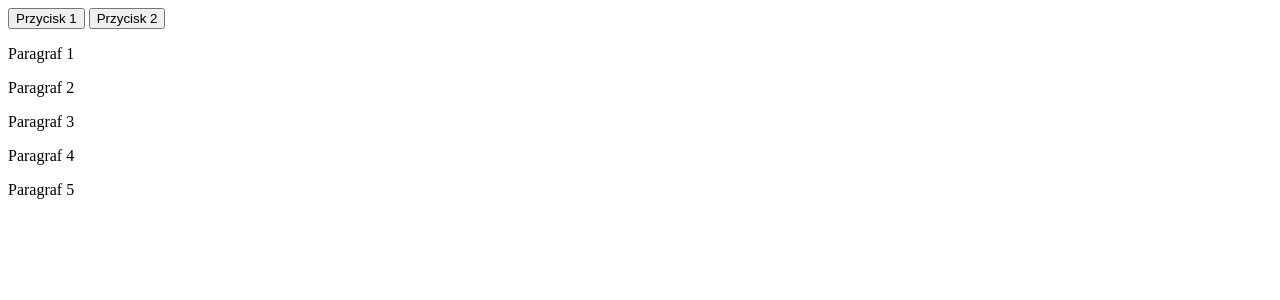
Repository: magdaf41/jQuery
Page: zadanie 2/index.html
An editor plug-in stored every save of this project. The page is shown before and after the next save, followed by the edit.
The browser window is 1280 px wide. The pictures show the whole page.
Some web libraries are served in a nearby version.

Above is the page before, as saved 2020-09-10 22:05:54.

After the next save:
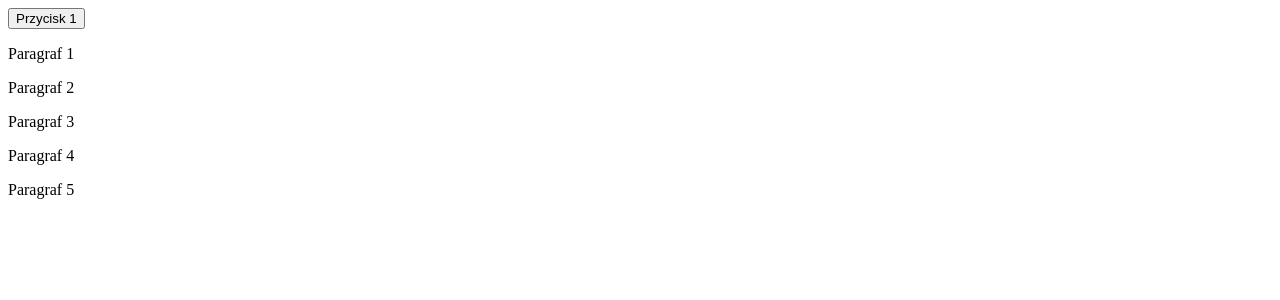
Console error: SyntaxError: missing ) after argument list
Saved 41 s later.
--- a/zadanie 2/js/main.js
+++ b/zadanie 2/js/main.js
@@ -1,6 +1,7 @@
 $(document).ready(function () {
 
-  $('#button1').click(function () {
+
+  $('#button1').each ( click(function () {
     $('.fifth').insertBefore('.first');
 
   });

After the 2 saves that followed:
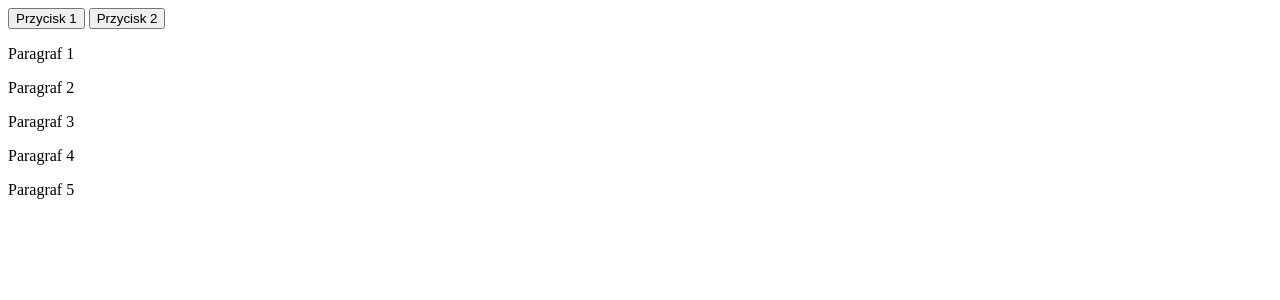
The error is gone.
The 2 saves are shown as one change because 1 left the picture as it was.
The last was saved 23 s later.
--- a/zadanie 2/js/main.js
+++ b/zadanie 2/js/main.js
@@ -1,7 +1,7 @@
 $(document).ready(function () {
 
 
-  $('#button1').each ( click(function () {
+  $('#button1').click(function () {
     $('.fifth').insertBefore('.first');
 
   });
